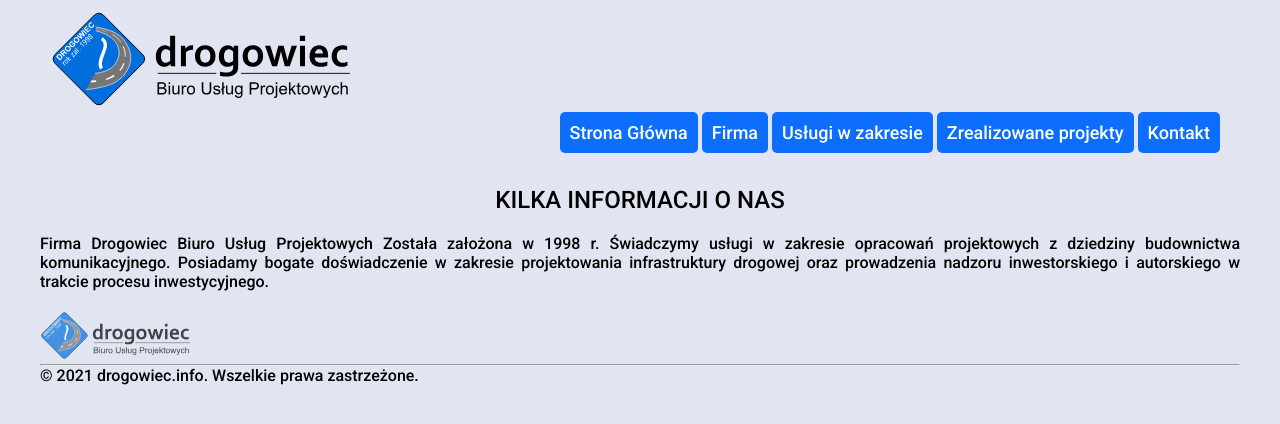
Repository: AdamBodzak/WTF_v2
Page: index.html
These files come from the project's save history. The page is drawn as it stood at one moment and after the next save; the edit follows.
The browser window is 1280 px wide. The pictures show the whole page.

Above is the page before, as saved 2021-01-08 14:14:30.

### index.html
<!DOCTYPE html>
<html lang="pl">
<head>
    <meta charset="UTF-8">
    <meta name="viewport" content="width=device-width, initial-scale=1.0">
    <link rel="preconnect" href="https://fonts.gstatic.com">
    <link rel="stylesheet" href="style.css" type="text/css">
    <title>DROGOWIEC Biuro Usług Projektowych</title>
</head>
<body>
    <header>
        <a href="index.html">
            <img id="logo" src="./img/Logo.svg" alt="Logo image">
        </a>
        <nav>
            <ul id="nawigationBar">
                <li> <a class="menuItem" href="#"> Strona Główna </a></li>
                <li> <a class="menuItem" href="#"> Firma </a></li>
                <li> <a class="menuItem" href="#"> Usługi w zakresie </a></li>
                <li> <a class="menuItem" href="#"> Zrealizowane projekty </a></li>
                <li> <a class="menuItem" href="#"> Kontakt </a></li>
            </ul>
        </nav>
    </header>
    <main>
        <section>
            <h1 id="hederSection">KILKA INFORMACJI O NAS</h1>
            <p id="paragrafSection">
                Firma Drogowiec Biuro Usług Projektowych Została założona w 1998 r.
                Świadczymy usługi w zakresie opracowań projektowych z dziedziny budownictwa
                komunikacyjnego. Posiadamy bogate doświadczenie w zakresie projektowania infrastruktury
                drogowej oraz prowadzenia nadzoru inwestorskiego i autorskiego w trakcie procesu inwestycyjnego.
            </p>
        </section>
    <main>
    <footer>
        <a href="index.html">
            <img id="logoFooter" src="./img/Logo.svg" alt="Logo image">
        </a>
        <div id="kontakt">

        </div>
        <hr>
        <p>
            © 2021 drogowiec.info. Wszelkie prawa zastrzeżone.
        </p>
    </footer>
</body>
</html>

### style.css
@import url('https://fonts.googleapis.com/css2?family=Roboto:wght@300;500;700&display=swap');

* {
    font-family: 'Roboto', sans-serif;
    font-weight: 500;
    box-sizing: border-box;
    margin: 0px;
    padding: 0px;
}

body {
    max-width: 1200px;
    background-color: #E1E5F2;
    margin-left: auto;
    margin-right: auto;
}

#logo {
    width: 300px;
    margin: 10px;
}

#nawigationBar{

    text-align: right;
    margin-right: 20px;
    height: 44px;
}

#nawigationBar>li {
    display: inline-block;
}

.menuItem{
    font-size: 18px;
    font-weight: 300px;
    color: #FFF;
    text-decoration: none;
    padding: 10px;
    background-color:#0d6efd;
    border-radius: 5px;
}

.menuItem:hover {
    color: #FFF;
    background-color: #0b5ed7;
}

#logoFooter {
    width: 150px;
    opacity: 0.7;
}

#hederSection {
    text-align: center;
    padding: 20px;
}

#paragrafSection {
    text-align: justify;
}

footer {
    padding-top: 20px;
}

Loaded but not shown: img/Logo.svg (19 lines, source omitted)

After the next save:
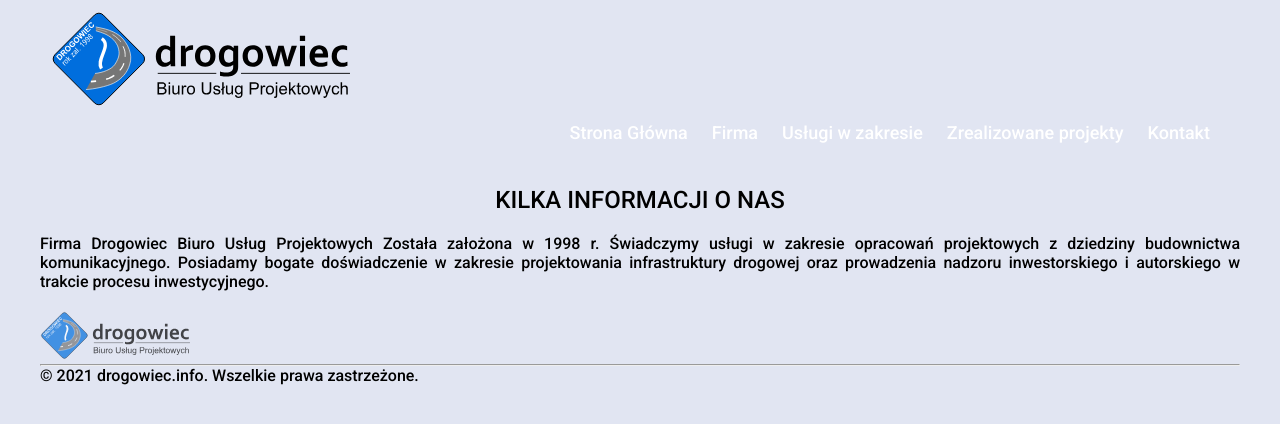
Saved 108 s later.
--- a/style.css
+++ b/style.css
@@ -37,13 +37,13 @@
     color: #FFF;
     text-decoration: none;
     padding: 10px;
-    background-color:#0d6efd;
+    border-color: #0d6efd;
     border-radius: 5px;
 }
 
 .menuItem:hover {
     color: #FFF;
-    background-color: #0b5ed7;
+    background-color:#0d6efd;
 }
 
 #logoFooter {
